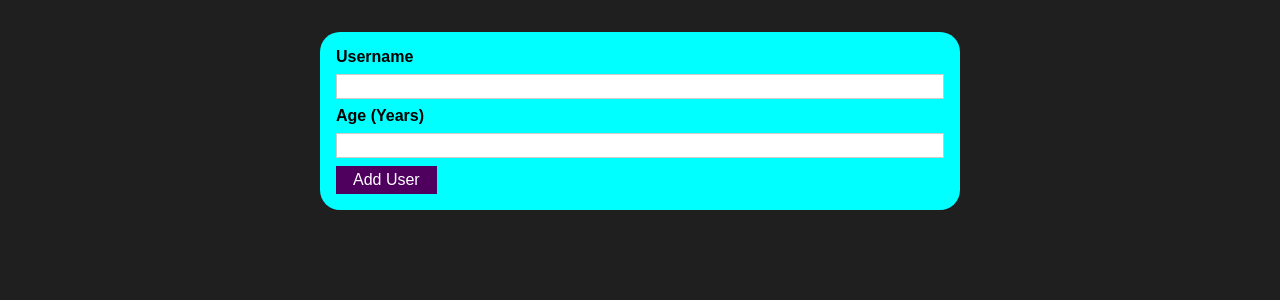
Repository: otvertka/MSC_4
Page: /
An editor plug-in stored every save of this project. The page is shown before and after the next save, followed by the edit.
The browser window is 1280 px wide. The pictures show the whole page.
The project was rebuilt for these pictures with package versions that can differ from the ones it lists, and the page was loaded fresh each time. Also part of the build but not shown: src/components/Card/Card.modules.css.

Above is the page before, as saved 2023-07-05 17:17:22.

### src/App.js
import React from "react";
import AddUser from "./components/AddUser/AddUser";

function App() {
  return (
    <div>
      <AddUser />
    </div>
  );
}

export default App;

### src/components/AddUser/AddUser.js
import React from "react";
import classes from "./AddUser.module.css";
import Button from "../Button/Button";
import Card from "../Card/Card.js";

const AddUser = (props) => {
  const addUserHandler = (event) => {
    event.preventDefault();
  };

  return (
    <Card className={classes.input}>
      <form onSubmit={addUserHandler}>
        <label htmlFor="username">Username</label>
        <input id="username" type="text" />
        <label htmlFor="age">Age (Years)</label>
        <input id="age" type="number" />

        <Button type="submit">Add User</Button>
      </form>
    </Card>
  );
};

export default AddUser;

### src/components/AddUser/AddUser.module.css
.input {
  margin: 2rem auto;
  padding: 1rem;
  width: 90%;
  max-width: 40rem;
  background-color: aqua;
  border-radius: 20px;
}

.input label {
  display: block;
  font-weight: bold;
  margin-bottom: 0.5rem;
}

.input input {
  font: inherit;
  display: block;
  width: 100%;
  border: 1px solid #ccc;
  padding: 0.15rem;
  margin-bottom: 0.5rem;
}

.input input:focus {
  outline: none;
  border-color: #4f005f;
}

### src/components/Button/Button.js
import React from "react";
import classes from "./Button.module.css";
const Button = (props) => {
  return (
    <button
      type={props.type || "button"}
      className={classes.button}
      onClick={props.onClick}
    >
      {props.children}
    </button>
  );
};

export default Button;

### src/components/Card/Card.js
import React from "react";
import classes from "./Card.modules.css";

const Card = (props) => {
  return (
    <div className={`${classes.card} ${props.className}`}>{props.children}</div>
  );
};

export default Card;

Loaded but not shown: public/index.html (common file); src/index.js (common file); src/index.css (common file); src/components/Button/Button.module.css (common file)

After the next save:
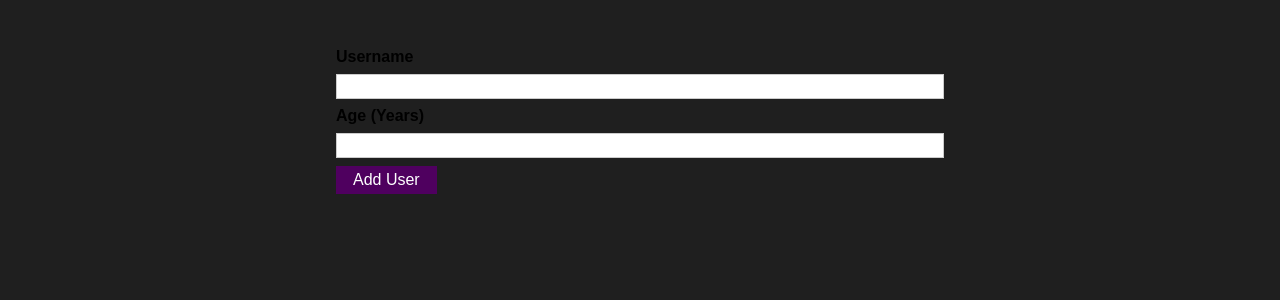
Saved 47 s later.
--- a/src/components/AddUser/AddUser.module.css
+++ b/src/components/AddUser/AddUser.module.css
@@ -3,8 +3,8 @@
   padding: 1rem;
   width: 90%;
   max-width: 40rem;
-  background-color: aqua;
-  border-radius: 20px;
+  /* background-color: aqua;
+  border-radius: 20px; */
 }
 
 .input label {
